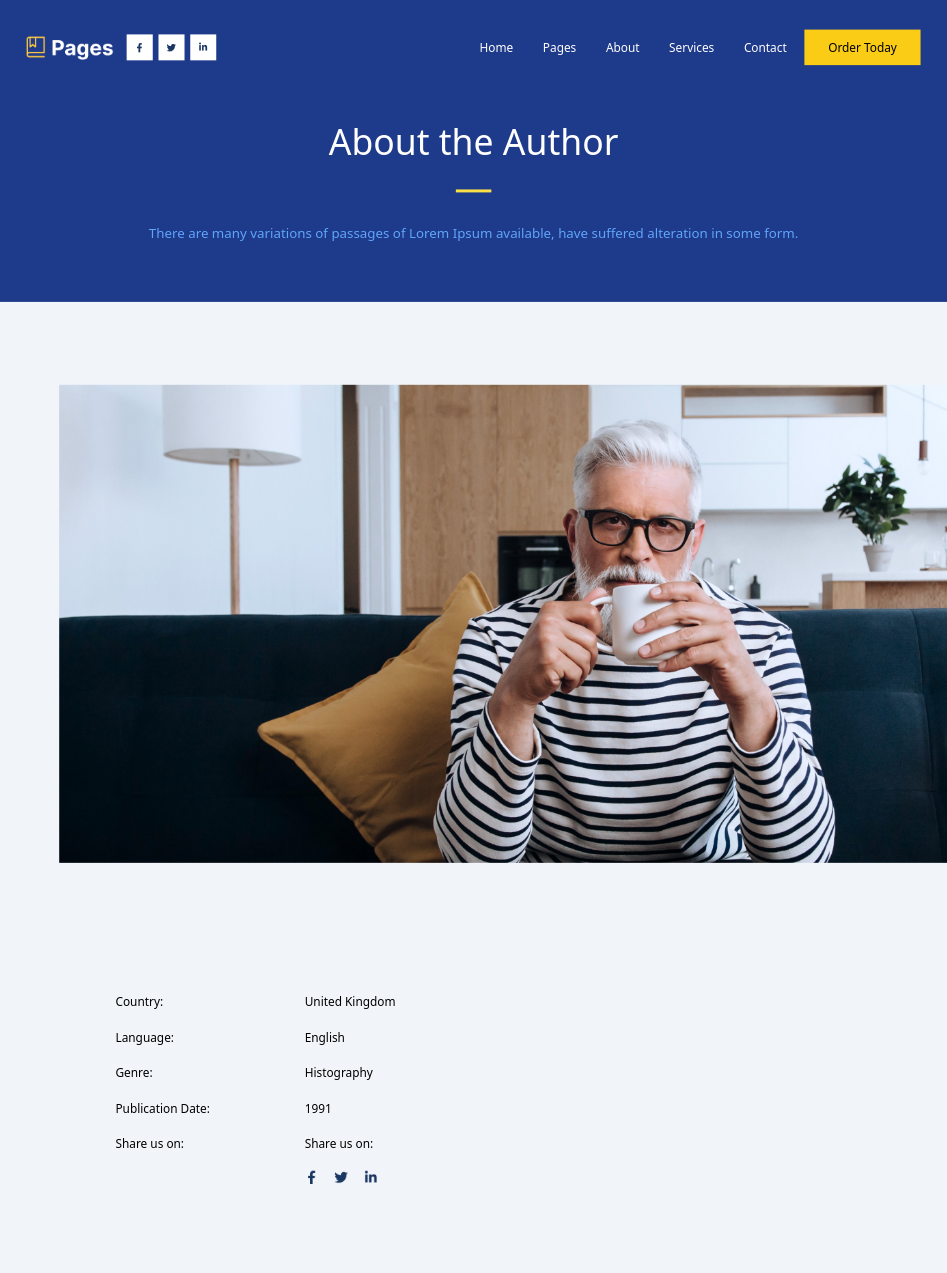
Repository: Godnorg/Class3
Page: index.html
The author's editor kept a copy of each file at every save. The page is drawn from the files as they stood at one save, then again after the next save.
The browser window is 1280 px wide. The pictures show the whole page, at 74% of full size.
Some web libraries are served in a nearby version.

Above is the page before, as saved 2023-02-19 02:48:31.

After the next save:
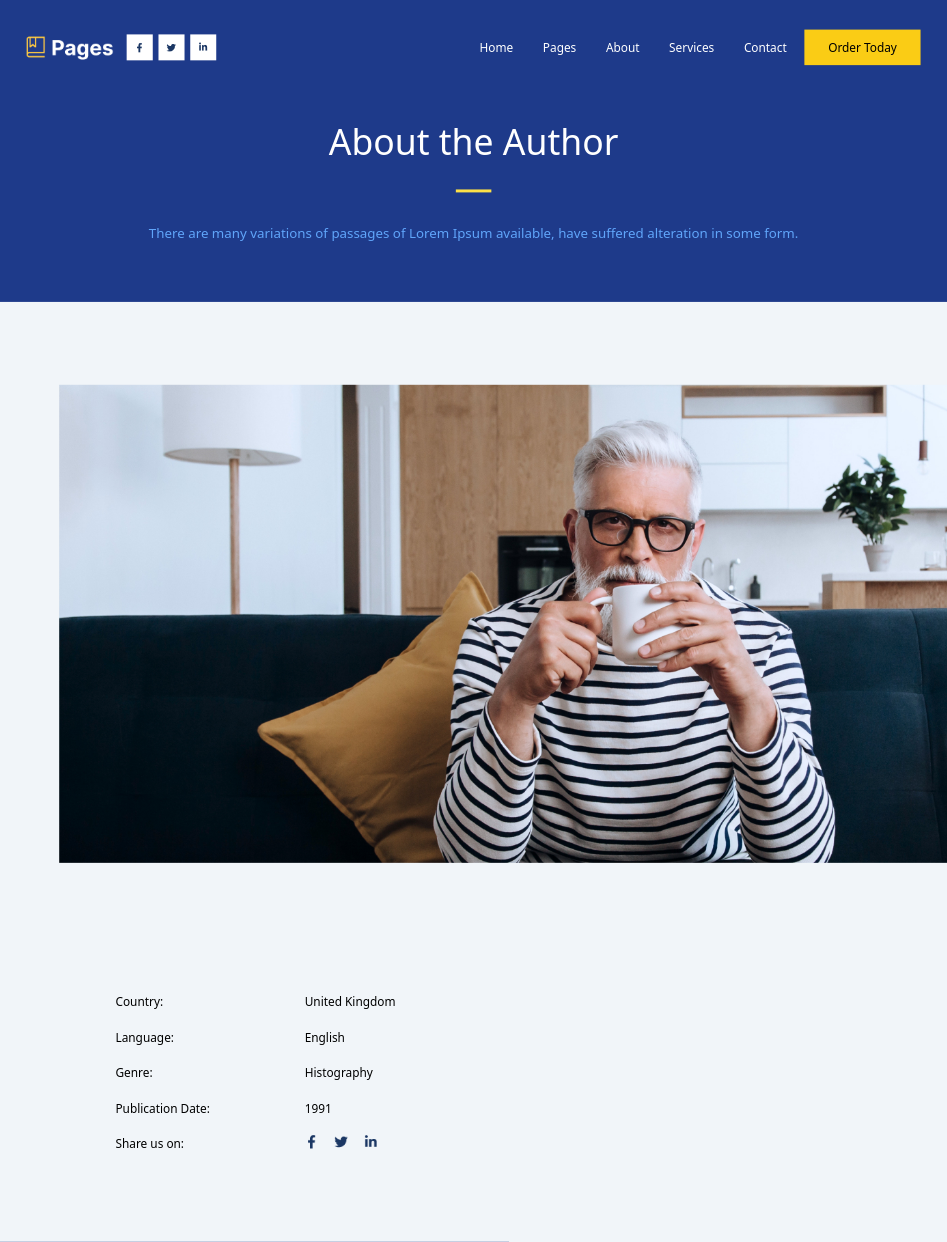
Saved 9 s later.
--- a/index.html
+++ b/index.html
@@ -49,7 +49,6 @@
                 <p class="pb-6">English</p>
                 <p class="pb-6">Histography</p>
                 <p class="pb-6">1991</p>
-                <h2 class="pb-6">Share us on:</h2>
                 <img src="./socialmedia.png" class="pb-6">
                 </div>
             </div>
